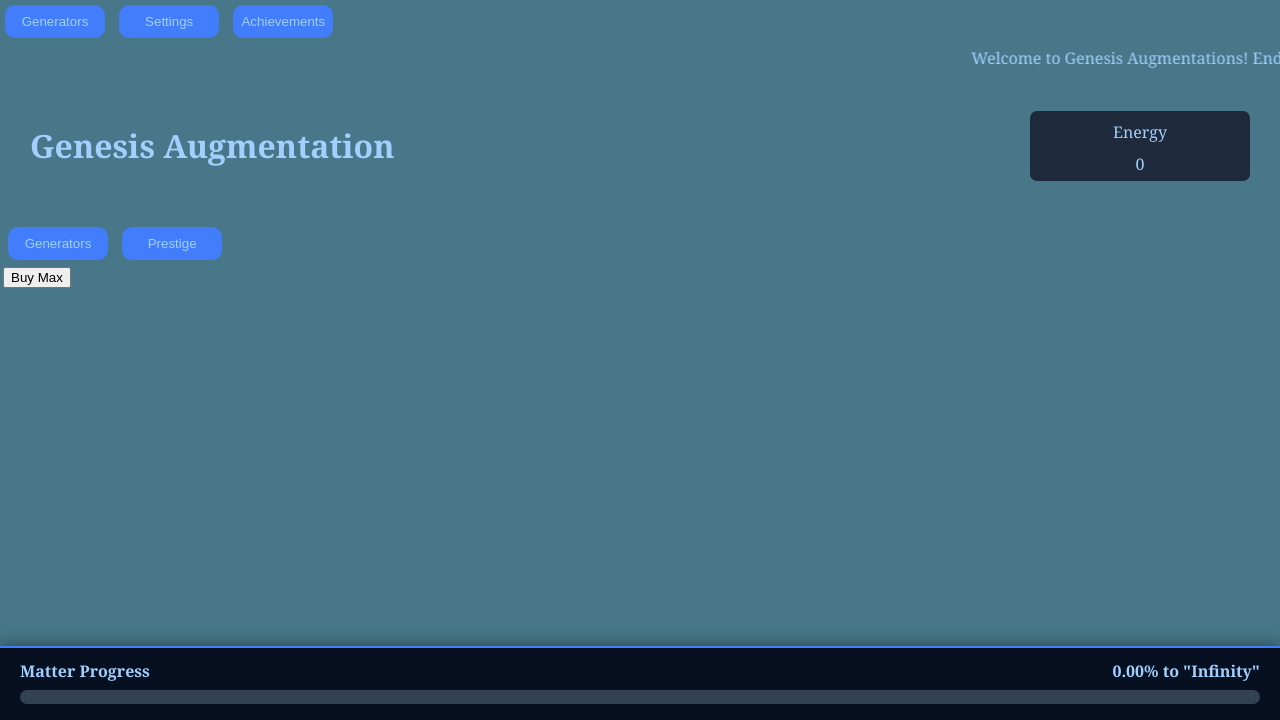
Repository: Kuyaaaaaaaaa/kuyaaaaaaaaa.github.io
Page: index.html
These files come from the project's save history. The page is drawn as it stood at one moment and after the next save; the edit follows.
The browser window is 1280 px wide. The pictures show the whole page.
Some web fonts or font styles are not loaded; a fallback is used.

Above is the page before, as saved 2026-07-18 15:40:26.
Console error: ReferenceError: MixedScientificNotation is not defined

### index.html
<!DOCTYPE html>
<html lang="en">
<head>
    <meta charset="UTF-8">
    <meta name="viewport" content="width=device-width, initial-scale=1.0">
    <title>Genesis Augmentation</title>
    <link rel="stylesheet" href="style.css">
</head>
<body>
    <div class = "tabBarContainer" id="tabBar">
    <button class="tabButton" data-tab="dimensions" onclick="playSoundLib(clickSound)">Generators</button>
    <button class="tabButton" data-tab="settings" onclick="playSoundLib(clickSound)">Settings</button>
    <button class="tabButton" data-tab="achievements" onclick="playSoundLib(clickSound)">Achievements</button>
    </div>

    <div id="news-ticker">
    <span id="news-text">
        Welcome to Genesis Augmentations! Endgame is unbalanced, like always....
    </span>
    </div>

    <div class="header">
        <h1>Genesis Augmentation</h1>

        <div class="energy">
            Energy
            <span id="energy">0</span>
        </div>

    </div>

<div class="tabPage" id="dimensions">

    <div class="subTabBar">
           <button class="subTabButton" data-group="dimensionTabs" data-page="dimensions" onclick="playSoundLib(clickSound)">Generators</button>
           <button class="subTabButton" data-group="dimensionTabs" data-page="prestige" onclick="playSoundLib(clickSound)">Prestige</button>
    </div>

    <div class="subTabPage" id="dimensionsSubPage" data-group="dimensionTabs" data-page="dimensions">

        <button onclick="maxAllDimensions(); playSoundLib(clickSound);">Buy Max</button>

        <div id="dimensionContainer"></div>

    </div>

    <div class="subTabPage" id="prestigeSubPage" data-group="dimensionTabs" data-page="prestige" style="display: none;">

        <div id="prestigeContainer">

            <div class="backgroundFancy">
                <button id="compressEnergyButton">
                    Compress all your energy for a boost in Logarithms
                </button>

                <h2 id="compressBoost">100 → ?</h2>

            </div>

        </div>

    </div>

</div>

<div class="tabPage" id="settings">

    <div class="settingsContainer">

        <h2 class="h2">Settings</h2>

        <div class="saveLoadButtons">



            <button onclick="save(); playSoundLib(clickSound);" id="saveButton">Save</button>
            <button onclick="load()" id="loadButton">Load</button>
            <button onclick="playSoundLib(clickSound)" id="wipeButton">Wipe Save</button>

        </div>

    </div>

    <div id="wipeConfirm" class="wipeConfirmationContainer" style="display: none;">

        <p>Are you sure? This cannot be undone.</p>

        <button onclick="playSoundLib(clickSound)" id="confirmWipe">Yes</button>
        <button onclick="playSoundLib(clickSound)" id="cancelWipe">Cancel</button>
    </div>

</div>

<div class="tabPage" id="achievements">
    <div>Something here... yet >:)</div>
    <div id="achievementContainer"></div>
</div>

<div id="infinityProgressContainer" class="infinityProgressContainer" aria-label="Infinity progress">
    <div class="infinityProgressLabel">
        <span>Matter Progress</span>
        <span id="infinityProgressText">0.00% to "Infinity"</span>
    </div>
    <div class="infinityProgressBar">
        <div id="infinityProgressFill" class="infinityProgressFill"></div>
    </div>
</div>

    <script src="js/break_eternity.js"></script>
    <script src="js/data.js"></script>
    <script src="js/achievements.js"></script>
    <script src="js/player.js"></script>
    <script src="js/save.js"></script>
    <script src="js/production.js"></script>
    <script src="js/formatting.js"></script>
    <script src="js/newsmessages.js"></script>
    <script src="js/tabs.js"></script>
    <script src="js/initialization.js"></script>

</body>
</html>

### style.css
body {
    margin: 0;
    padding-bottom: 90px;
    background-color: #00435bb8;
    color: #a1d0ff;
    font-family: 'Georgia', Tahoma, Geneva, Verdana, sans-serif;
}

.infinityProgressContainer {
    position: fixed;
    left: 0;
    right: 0;
    bottom: 0;
    padding: 12px 20px 16px;
    background: rgba(2, 8, 23, 0.92);
    border-top: 2px solid #427dfb;
    box-shadow: 0 -4px 12px rgba(0, 0, 0, 0.3);
    z-index: 1000;
}

.infinityProgressLabel {
    display: flex;
    justify-content: space-between;
    align-items: center;
    margin-bottom: 8px;
    font-weight: bold;
}

.infinityProgressBar {
    width: 100%;
    height: 14px;
    background: #334155;
    border-radius: 999px;
    overflow: hidden;
}

.infinityProgressFill {
    width: 0%;
    height: 100%;
    background: linear-gradient(90deg, #38bdf8, #427dfb);
    border-radius: inherit;
    transition: width 0.1s linear;
}

#news-ticker {
    width: 100%;
    height: 30px;
    overflow: hidden;
    white-space: nowrap;
    position: relative;
    display: flex;
    align-items: center;
}

#news-text {
    position: absolute;
    left: 100%;
    color: #a1d0ff;
    display: inline-block;
    white-space: nowrap;
    animation: ticker 30s linear infinite;
    will-change: transform;
}

@keyframes ticker {
    from {
        transform: translateX(0%);
    }

    to {
        transform: translateX(calc(-100% - 100vw));
    }
}

.energy {
    display: flex;
    flex-direction: column;
    gap: 10px;
    align-items: center;
    width: 200px;
    height: 50px;
    background: #1e293b;
    border-radius: 7px;
    padding: 10px;
}

.dimensionRow button {
    margin-right: 12px;
    width: 100px;
    height: 50px;
    background-color: #427dfb;
    color: #a1d0ff;
    border: none;
    border-radius: 10px;
    padding: 8px;
    cursor: pointer;
}

.dimensionRow button:hover {
    background-color: #65a0ff;
}

.dimensionRow button:active {
    background-color: rgb(41, 92, 175);
}

.header {
    display: flex;
    justify-content: space-between;
    align-items: center;
    margin: 30px;
}

.dimensionRow {
    display: grid;
    grid-template-columns: 0.2fr 0.2fr 0.2fr 0.2fr 100px;
    align-items: center;
    gap: 15px;
    margin: 10px 30px;
    padding: 12px;
    background: #1e293b;
    border-radius: 10px;
}

.dimensionInfo {
    display: flex;
    flex-direction: column;
    align-items: center;
}

.dimensionName {
    font-weight: bold;
    font-size: 18px;
}

.dimensionStats {
    color: #cbd5e1;
    margin-top: 4px;
}

.tabPage {
    display: none;
}

.saveLoadButtons {
    display: flex;
    flex-direction: row;
    align-items: center;
    gap: 10px;
    width: fit-content;
    margin: 20px auto;
}

.saveLoadButtons button,
.wipeConfirmationContainer button {
    margin: 0;
    width: 100px;
    height: 50px;
    background-color: #427dfb;
    color: #a1d0ff;
    border: none;
    border-radius: 10px;
    padding: 8px;
    cursor: pointer;
}

.h2 {
    text-align: center;
    justify-content: center;
    margin-bottom: 20px;
}

.settingsContainer {
    justify-content: center;
    align-items: center;
    background: #1e293b;
    padding: 20px;
    border-radius: 10px;
}

.wipeConfirmationContainer {
    position: fixed;
    background-color: rgba(0, 0, 0, 0.5);
    left: 0;
    top: 0;
    width: 100%;
    height: 100%;
    display: flex;
    justify-content: center;
    align-items: center;
    padding: 20px;
}

.tabPage {
    padding: 3px;
}

.tabBarContainer button {
    margin: 5px;
    width: 100px;
    height: 33px;
    background-color: #427dfb;
    color: #a1d0ff;
    border: none;
    border-radius: 10px;
    padding: 8px;
    cursor: pointer;
}

.subTabBar button {
    margin: 5px;
    width: 100px;
    height: 33px;
    background-color: #427dfb;
    color: #a1d0ff;
    border: none;
    border-radius: 10px;
    padding: 8px;
    cursor: pointer;
}

.achievementRow {
    display: grid;
    grid-template-columns: 0.2fr 0.2fr 0.2fr;
    align-items: center;
    gap: 15px;
    margin: 10px 30px;
    padding: 12px;
    background: #1e293b;
    border-radius: 10px;
}

.backgroundFancy {
    display: grid;
    grid-template-columns: 1fr 1fr;
    align-items: center;
    margin: 10px 30px;
    padding: 12px;
    background: #1e293b;
    border-radius: 10px;
}

.prestigeButtons {
    margin: 5px;
    width: 300px;
    height: 50px;
    background-color: #427dfb;
    color: #a1d0ff;
    border: none;
    border-radius: 10px;
    padding: 8px;
    cursor: pointer;
}

.alpha {
    font-family: 'Syncopate', Georgia, Times New Roman, Times, serif;
    container-type: inline-size;
    display: grid;
    grid-template-columns: 1fr;
    align-items: center;
    justify-items: center;
    margin: 10px 30px;
    padding: 12px;
    background: #9bc2ff;
    border-radius: 10px;
}

#alphaDisplay {
    background: linear-gradient(to top, rgb(66, 192, 255), rgb(206, 221, 255));
    -webkit-background-clip: text;
    -webkit-text-stroke: 1.5px rgb(55, 106, 233);
    background-clip: text;
    color: transparent;
}

.alphaDisplayContainer {
    background-image: url("assets/images/coolBackgroundIReallyLike.webp");
    background-position: center;
    display: flex;
    flex-direction: column;
    gap: 10px;
    align-items: center;
    border-radius: 7px;
    padding: 10px;
    width: calc(100cqw - 25px);
}

### js/data.js
function ordinal(number) {
    if (number % 10 > 3 || Math.floor(number/10) === 1) {
        return number + "th";
    };
    if (number % 10 === 1) {
        return number + "st";
    };
    if (number % 10 === 2) {
        return number + "nd";
    };
    if (number % 10 === 3) {
        return number + "rd";
    };
    return number + "th";

}

function createAllDimensions() {
    const dimensions = [];

    for (let i = 0; i < 12; i++) {
        dimensions.push(
            createDimension(
                ordinal(i + 1) + " Generator",
                Decimal.pow(16.767,i+1) // haha 67
            )
        );
    }
    return dimensions;
}

function createDimension(name, baseCost) {
    return {
        name: name,
        amount: new Decimal(0),
        amount_past: new Decimal(1),
        bought: 0,
        multiplier: new Decimal(1),
        baseCost: new Decimal(baseCost),
        cost: new Decimal(baseCost)
    };
}

const clickSound = new Audio("assets/audio/clickSound.wav");

### js/achievements.js
function createAllAchievements() {
    const achievements = [];
    for (let i = 1; i <= 100; i++) {
        achievements.push(createAchievement(i));
    }
    return achievements;
}

function createAchievement(id) {
    return {
        id: id,
        name: achievementNames[id - 1] || "Achievement " + id,
        description: achievementDescriptions[id - 1] || "Description for Achievement " + id,
        requirement: achievementRequirements[id - 1] || function () { return false; },
        unlocked: false
    };
}

const achievementNames = [
    "Developer, I Hate You",
    "Well Deserved",
    ":3",
    "4 i in range",
    "Alphabetical Order",
    "Because 789",
    "Seven Leaf Clover",
    "Offbrand Infinity",
    "Nein",
    "307 orders of magnitude to go",
    "7",
    "?net sulp enin s'tahW",
    "Squeeze it out",
    "We broke the 9th wall, and it's peaceful here.",
    "The alpha is here"
];

const achievementDescriptions = [
    "Unlock your first generator.",
    "Unlock your second generator.",
    "Unlock your third generator.",
    "Unlock your fourth generator.",
    "Unlock your fifth generator.",
    "Unlock your sixth generator.",
    "Unlock your seventh generator.",
    "Unlock your eighth generator.",
    "Unlock your ninth generator.",
    "Unlock your tenth generator.",
    "Unlock your eleventh generator.",
    "Unlock your twelfth generator.",
    "Do your first compressed energy reset.",
    "Upgrade your ninth generator exactly 9 times.",
    "Have one thousand concurrent alpha."
];

const achievementRequirements = [
    function () {
        return player.dimensions[0].bought >= 1;
    },
    function () {
        return player.dimensions[1].bought >= 1;
    },
    function () {
        return player.dimensions[2].bought >= 1;
    },
        function () {
        return player.dimensions[3].bought >= 1;
    },
    function () {
        return player.dimensions[4].bought >= 1;
    },
    function () {
        return player.dimensions[5].bought >= 1;
    },
        function () {
        return player.dimensions[6].bought >= 1;
    },
    function () {
        return player.dimensions[7].bought >= 1;
    },
    function () {
        return player.dimensions[8].bought >= 1;
    },
        function () {
        return player.dimensions[9].bought >= 1;
    },
    function () {
        return player.dimensions[10].bought >= 1;
    },
    function () {
        return player.dimensions[11].bought >= 1;
    },
    function () {
        return player.compressedEnergy.gte(0);
    },
    function () {
        return player.dimensions[8].bought === 9;
    },
    function () {
        return player.alpha.gte(1000);
    }
];

function checkAchievements() {
    achievements[0].forEach(achievement => {
        if (!achievement.unlocked && achievement.requirement()) {
            achievement.unlocked = true;
            document.getElementById("unlockedSign" + achievement.id).textContent = "✔"
        }
    });
}

### js/player.js
// too many functions
// btw hello person!!!! ig you don't do javascript/html/css but it is pretty useful



const player = {
    energy: new Decimal(281.09),
    // hehehe
    dimensions: createAllDimensions(),
    compressedEnergy: new Decimal(0),
    compressedEnergyCost: new Decimal(1e10),
    entropy: new Decimal(1),

    notation: "Mixed Scientific",
    timePlayed: 0,
    version: 2,

    alpha: new Decimal(1)
};

const achievements = [
    createAllAchievements()
];


const deltaTime = 0.05;

### js/formatting.js
function integerSlog(x) {

    let y = x;
    let extra = 0;

    while (y.gte(10) || extra < 1) {
        y = y.log10();
        extra++;
    }

    return extra;

}

function testFunction() {
    return this.mul(2)
}

function format(value) {

    if ( value.isNan() || value == "null") {
        value = new Decimal(0);
        //what the actual barnicles
    }

    if ( player.notation === "Mixed Scientific" ) {

        let firstTen = ["K","M","B","T","Qa","Qi","Sx","Sp","Oc","No","De"];

        if (!value) return "0";

        value = new Decimal(value);

        if (value.lt(1000)) {
            return value.toString().substring(0,5);
        }

        if (value.lt(1e36)) {
            return value.div(value.log10().div(3).floor().mul(3).pow_base(10))
            .toFixed(2) + firstTen[value.log10().div(3).sub(1).floor().toNumber()]
        }

        return value.toExponential(2);

    }

    if ( player.notation === "Shi" ) {
        // extended :3
        const SHI = "世使侍勢十史嗜士始室實屍市恃拭拾施是時氏濕獅矢石視試詩誓識逝適釋食";
        const SHISquared = "〇一二三四五六七八九";
        let result = "";


        if (integerSlog(value) >= 3) {

            let layer = integerSlog(value);

            layer = (layer % 2) + 1;

            newValueLayer = integerSlog(value);

            newValue = value;

            for (let i = 0; newValueLayer > layer + i; i++) {
                newValue = newValue.log10();
            }

            result += SHISquared[Math.ceil((integerSlog(value) - 4) / 2)];

        } else {

            newValue = value;

        }


        const scaled = newValue.add(1).log10().mul(1000).pow(0.11680876460599135674);

        for (let i=0; i < 4; i++) {
            const index = Decimal.fromNumber(i).pow_base(33).mul(scaled).floor().mod(33);
            result += SHI[index.floor().toNumber()];
        }

        return result;

    }
}

### js/tabs.js
function openAPoopyTab(tabName) {
    const pages = document.querySelectorAll(".tabPage");

    for (const page of pages) {
        page.style.display = "none";
    }

    const targetPage = document.getElementById(tabName);
    if (targetPage) {
        targetPage.style.display = "block";
    }
}

const tabButtons = document.querySelectorAll(".tabButton");

for (const button of tabButtons) {
    button.addEventListener("click", function () {
        openAPoopyTab(button.dataset.tab);
    });
}

function openAPoopySubTab(group, page) {
    const subPages = document.querySelectorAll(".subTabPage[data-group='" + group + "']");

    for (const pageElement of subPages) {
        pageElement.style.display = "none";
    }

    const targetPage = document.getElementById(page + "SubPage");
    if (targetPage) {
        targetPage.style.display = "block";
    }
}

const subTabButtons = document.querySelectorAll(".subTabButton");

for (const button of subTabButtons) {
    button.addEventListener("click", function () {
        openAPoopySubTab(button.dataset.group, button.dataset.page);
    });
}

openAPoopyTab("dimensions");
openAPoopySubTab("dimensionTabs", "dimensions");

### js/importantFunctions.js
function E(value) {
    return new Decimal(value);
}

function toSuperscript(text) {
    return `<sup>${text}</sup>`
}

function toSubscript(text) {
    return `<sub>${text}</sub>`;
}

### js/notations/formatting.js
function integerSlog(x) {

    let y = x;
    let extra = 0;

    while (y.gte(10) || extra < 1) {
        y = y.log10();
        extra++;
    }

    return extra;

}

function testFunction() {
    return this.mul(2)
}

function format(value) {

    if ( value.isNan() || value == "null") {
        value = new Decimal(0);
        //what the actual barnicles
    }

    if ( player.notation === "Mixed Scientific" ) {

        let firstTen = ["K","M","B","T","Qa","Qi","Sx","Sp","Oc","No","De"];

        if (!value) return "0";

        value = new Decimal(value);

        if (value.lt(1000)) {
            return value.toString().substring(0,5);
        }

        if (value.lt(1e36)) {
            return value.div(value.log10().div(3).floor().mul(3).pow_base(10))
            .toFixed(2) + firstTen[value.log10().div(3).sub(1).floor().toNumber()]
        }

        return value.toExponential(2);

    }

    if ( player.notation === "Shi" ) {
        // extended :3
        const SHI = "世使侍勢十史嗜士始室實屍市恃拭拾施是時氏濕獅矢石視試詩誓識逝適釋食";
        const SHISquared = "〇一二三四五六七八九";
        let result = "";


        if (integerSlog(value) >= 3) {

            let layer = integerSlog(value);

            layer = (layer % 2) + 1;

            newValueLayer = integerSlog(value);

            newValue = value;

            for (let i = 0; newValueLayer > layer + i; i++) {
                newValue = newValue.log10();
            }

            result += SHISquared[Math.ceil((integerSlog(value) - 4) / 2)];

        } else {

            newValue = value;

        }


        const scaled = newValue.add(1).log10().mul(1000).pow(0.11680876460599135674);

        for (let i=0; i < 4; i++) {
            const index = Decimal.fromNumber(i).pow_base(33).mul(scaled).floor().mod(33);
            result += SHI[index.floor().toNumber()];
        }

        return result;

    }
}

Loaded but not shown: js/break_eternity.js (library); js/newsmessages.js (89 lines, source omitted); js/initialization.js (186 lines, source omitted); js/production.js (158 lines, source omitted); js/save.js (108 lines, source omitted)

After the next save:
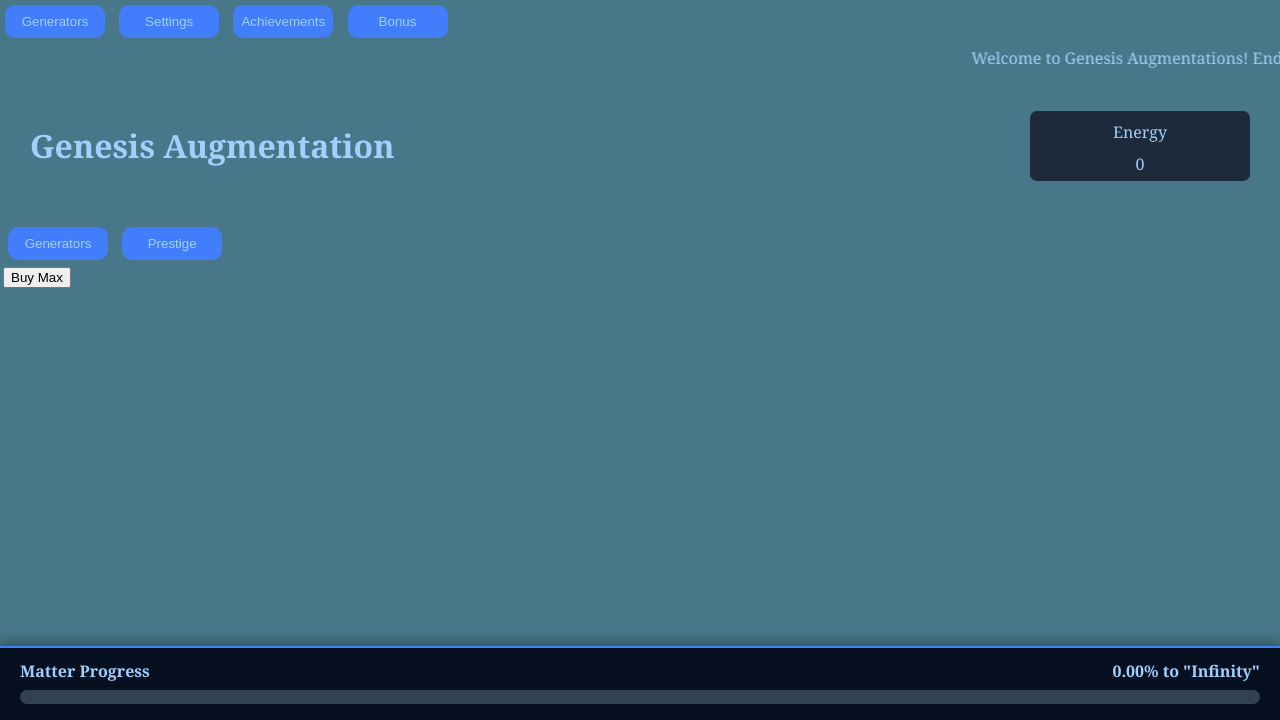
Saved 7 min 48 s later.
--- a/index.html
+++ b/index.html
@@ -4,6 +4,11 @@
     <meta charset="UTF-8">
     <meta name="viewport" content="width=device-width, initial-scale=1.0">
     <title>Genesis Augmentation</title>
+
+    <link rel="preconnect" href="https://fonts.googleapis.com">
+    <link rel="preconnect" href="https://fonts.gstatic.com" crossorigin>
+    <link href="https://fonts.googleapis.com/css2?family=Syncopate:wght@400;700&display=swap" rel="stylesheet">
+
     <link rel="stylesheet" href="style.css">
 </head>
 <body>
@@ -11,6 +16,7 @@
     <button class="tabButton" data-tab="dimensions" onclick="playSoundLib(clickSound)">Generators</button>
     <button class="tabButton" data-tab="settings" onclick="playSoundLib(clickSound)">Settings</button>
     <button class="tabButton" data-tab="achievements" onclick="playSoundLib(clickSound)">Achievements</button>
+    <button class="tabButton" data-tab="bonus" onclick="playSoundLib(clickSound)">Bonus</button>
     </div>
 
     <div id="news-ticker">
@@ -49,11 +55,17 @@
         <div id="prestigeContainer">
 
             <div class="backgroundFancy">
-                <button id="compressEnergyButton">
-                    Compress all your energy for a boost in Logarithms
+                <button class="prestigeButtons" id="compressEnergyButton">
+                    Compress all your energy  and generators for a log boost: 10.00B Energy
                 </button>
 
                 <h2 id="compressBoost">100 → ?</h2>
+
+                <button class="prestigeButtons" id="entropyConverterButton">
+                    Convert all your Energy for a boost in Multipliers and Boost Power.
+                </button>
+
+                <h2 id="entropyBoost">1 → 2</h2>
 
             </div>
 
@@ -69,14 +81,23 @@
 
         <h2 class="h2">Settings</h2>
 
+        <div id="totalPlaytime">Playtime: 0 seconds</div>
+
+        <div class="settingsRow">
+            <label for="notationSelect">Number format</label>
+            <select id="notationSelect">
+                <option value="Mixed Scientific">Mixed Scientific</option>
+                <option value="Standard">Standard</option>
+                <option value="Shi">Shi</option>
+                <option value="Pickle Dough">Dill Dough</option>
+                <option value="Assorted Moans">Assorted Moans</option>
+            </select>
+        </div>
+
         <div class="saveLoadButtons">
-
-
-
             <button onclick="save(); playSoundLib(clickSound);" id="saveButton">Save</button>
             <button onclick="load()" id="loadButton">Load</button>
             <button onclick="playSoundLib(clickSound)" id="wipeButton">Wipe Save</button>
-
         </div>
 
     </div>
@@ -92,8 +113,15 @@
 </div>
 
 <div class="tabPage" id="achievements">
-    <div>Something here... yet >:)</div>
     <div id="achievementContainer"></div>
+</div>
+
+<div class="tabPage" id="bonus">
+    <div class="alpha">
+        <div class="alphaDisplayContainer"><h2 id="alphaDisplay">You have 0.000 alpha.</h2></div>
+        <img src="assets/images/bubbles.png" alt="Floating botanical bubbles with delicate plants and translucent spheres scattered across a soft, neutral background, creating a serene and ethereal aesthetic with a gentle, calming tone">
+        <div>I'm trying to make a frutiger theme don't complain.</div>
+    </div>
 </div>
 
 <div id="infinityProgressContainer" class="infinityProgressContainer" aria-label="Infinity progress">
@@ -107,12 +135,13 @@
 </div>
 
     <script src="js/break_eternity.js"></script>
+    <script src="js/importantFunctions.js"></script>
     <script src="js/data.js"></script>
     <script src="js/achievements.js"></script>
     <script src="js/player.js"></script>
     <script src="js/save.js"></script>
     <script src="js/production.js"></script>
-    <script src="js/formatting.js"></script>
+    <script src="js/notations/formatting.js"></script>
     <script src="js/newsmessages.js"></script>
     <script src="js/tabs.js"></script>
     <script src="js/initialization.js"></script>
